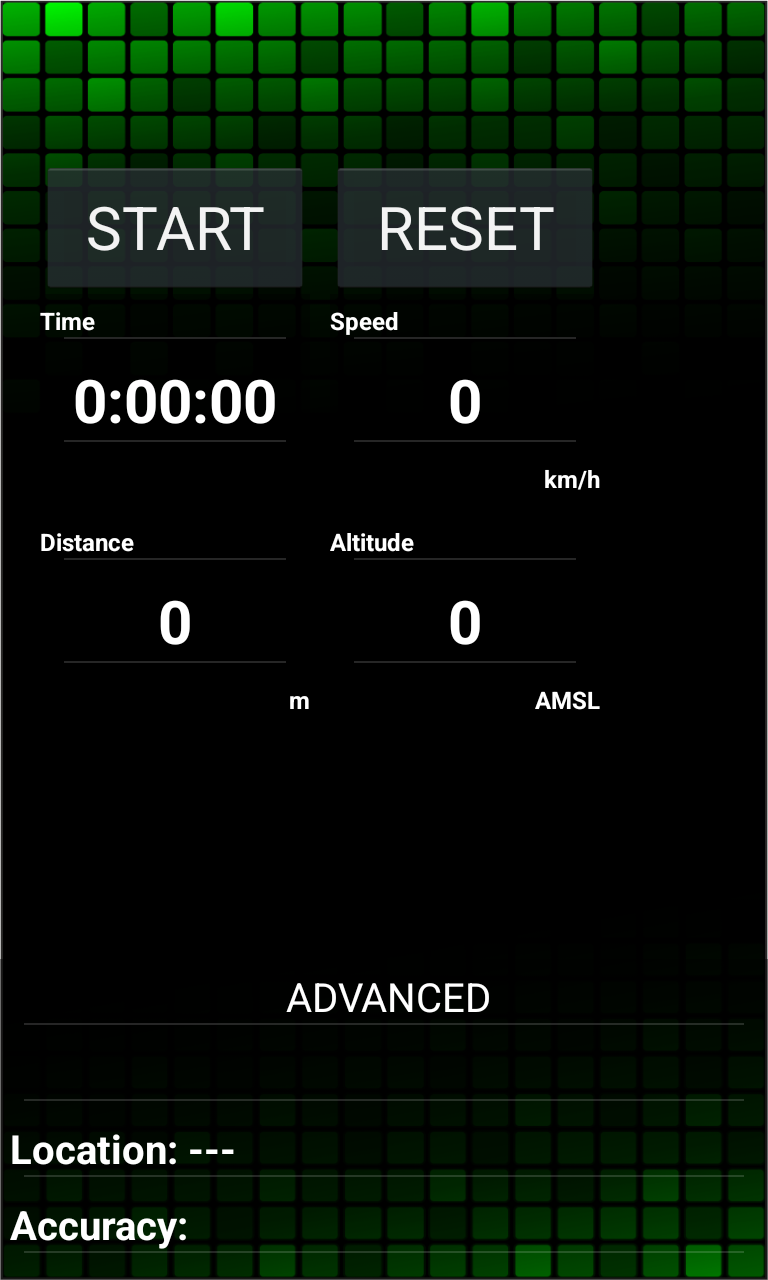
Repository: sebastianR1001/GeoApplication
Layout: GeoApplication/res/layout/activity_fullscreen.xml
The author's editor kept a copy of each file at every save. The layout is drawn from the files as they stood at one save, then again after the next save.
It is drawn on a 768 x 1280 px phone screen (xhdpi) without system bars, with theme FullscreenTheme; the app's code is not run.

Above is the layout before, as saved 2014-11-01 15:53:26.

### GeoApplication/res/layout/activity_fullscreen.xml
<FrameLayout xmlns:android="http://schemas.android.com/apk/res/android"
    xmlns:tools="http://schemas.android.com/tools"
    android:layout_width="match_parent"
    android:layout_height="match_parent"
    android:background="@drawable/alik"
    tools:context="geo.geoapplication.FullscreenActivity" >

    <!--
         The primary full-screen view. This can be replaced with whatever view
         is needed to present your content, e.g. VideoView, SurfaceView,
         TextureView, etc.
    -->

    <TextView
        android:id="@+id/fullscreen_content"
        android:layout_width="match_parent"
        android:layout_height="match_parent"
        android:gravity="center"
        android:keepScreenOn="true"
        android:textSize="50sp"
        android:textStyle="bold" />

     <TableLayout
        android:layout_width="wrap_content"
        android:layout_height="wrap_content"
        android:layout_marginTop="80dp"
        android:layout_marginLeft="10dp"
        android:layout_marginRight="10dp"  >

         <TableRow
            android:id="@+id/tableRow0"
            android:layout_width="wrap_content"
            android:layout_height="wrap_content"
            >

            <Button
		        android:id="@+id/startButton"
		        android:layout_width="135dp"
		        android:layout_height="67dp"
		        android:layout_marginLeft="10dp"
		        android:textSize="30sp"
		        android:text="@string/startButton" />

		     <Button
		        android:id="@+id/resetButton"
		        android:layout_width="135dp"
		        android:layout_height="67dp"
		        android:layout_marginRight="10dp"
		        android:layout_marginLeft="10dp"
		        android:textSize="30sp"
		        android:text="@string/resetButton" />

        </TableRow>

        <TableRow
            android:id="@+id/tableRow1"
            android:layout_width="wrap_content"
            android:layout_height="wrap_content"
            >

            <LinearLayout
		        android:id="@+id/timeLayout"
		        style="?metaButtonBarStyle"
		        android:layout_width="wrap_content"
		        android:layout_height="wrap_content"
		        android:layout_weight="5"
		        android:layout_marginLeft="10dp"
		        android:background="@color/black_overlay"
		        android:orientation="vertical"
		        tools:ignore="UselessParent" >

			    <TextView
			        android:layout_width="match_parent"
			        android:layout_height="match_parent"
			        android:layout_marginTop="5dp"
			        android:text="@string/timeText"
			        android:id="@+id/timeText"
			        android:textColor="#ffffff"
			        android:textSize="12sp"
			        android:textStyle="bold" />

			    <TextView
			        android:layout_width="match_parent"
			        android:layout_height="match_parent"
			        android:text="@string/time"
			        android:id="@+id/time"
			        android:layout_marginTop="10dp"
			        android:gravity="center"
			        android:textColor="#ffffff"
			        android:textSize="30sp"
			        android:textStyle="bold" />

			    <TextView
			        android:layout_width="match_parent"
			        android:layout_height="match_parent"
			        android:layout_marginTop="10dp"
			        android:textColor="#ffffff"
			        android:textSize="12sp"
			        android:textStyle="bold" />

	        </LinearLayout>

			<LinearLayout
		        android:id="@+id/speedLayout"
		        style="?metaButtonBarStyle"
		        android:layout_width="wrap_content"
		        android:layout_height="wrap_content"
		        android:layout_weight="5"
		        android:layout_marginRight="10dp"
		        android:layout_marginLeft="10dp"
		        android:background="@color/black_overlay"
		        android:orientation="vertical"
		        tools:ignore="UselessParent" >

			    <TextView
			        android:layout_width="match_parent"
			        android:layout_height="match_parent"
			        android:layout_marginTop="5dp"
			        android:text="@string/speedText"
			        android:id="@+id/speedText"
			        android:textColor="#ffffff"
			        android:textSize="12sp"
			        android:textStyle="bold" />

			    <TextView
			        android:layout_width="match_parent"
			        android:layout_height="match_parent"
			        android:text="@string/speed"
			        android:id="@+id/speed"
			        android:layout_marginTop="10dp"
			        android:gravity="center"
			        android:textColor="#ffffff"
			        android:textSize="30sp"
			        android:textStyle="bold" />

			    <TextView
			        android:layout_width="match_parent"
			        android:layout_height="match_parent"
			        android:layout_marginTop="10dp"
			        android:text="@string/speedUnit"
			        android:id="@+id/speedUnit"
			        android:textColor="#ffffff"
			        android:textSize="12sp"
			        android:gravity="right"
			        android:textStyle="bold" />

	        </LinearLayout>

        </TableRow>

        <TableRow
            android:id="@+id/tableRow4"
            android:layout_width="wrap_content"
            android:layout_height="wrap_content"
            android:layout_marginTop="10dp"
            >

            <LinearLayout
		        android:id="@+id/distanceLayout"
		        style="?metaButtonBarStyle"
		        android:layout_width="wrap_content"
		        android:layout_height="wrap_content"
		        android:layout_weight="5"
		        android:layout_marginLeft="10dp"
		        android:background="@color/black_overlay"
		        android:orientation="vertical"
		        tools:ignore="UselessParent" >

			    <TextView
			        android:layout_width="match_parent"
			        android:layout_height="match_parent"
			        android:layout_marginTop="5dp"
			        android:text="@string/distanceText"
			        android:id="@+id/distanceText"
			        android:textColor="#ffffff"
			        android:textSize="12sp"
			        android:textStyle="bold" />

			    <TextView
			        android:layout_width="match_parent"
			        android:layout_height="match_parent"
			        android:text="@string/distance"
			        android:id="@+id/distance"
			        android:layout_marginTop="10dp"
			        android:gravity="center"
			        android:textColor="#ffffff"
			        android:textSize="30sp"
			        android:textStyle="bold" />

			    <TextView
			        android:layout_width="match_parent"
			        android:layout_height="match_parent"
			        android:layout_marginTop="10dp"
			        android:text="@string/distanceUnit"
			        android:id="@+id/distanceUnit"
			        android:textColor="#ffffff"
			        android:gravity="right"
			        android:textSize="12sp"
			        android:textStyle="bold" />

	        </LinearLayout>

			<LinearLayout
		        android:id="@+id/elevationLayout"
		        style="?metaButtonBarStyle"
		        android:layout_width="wrap_content"
		        android:layout_height="wrap_content"
		        android:layout_weight="5"
		        android:layout_marginRight="10dp"
		        android:layout_marginLeft="10dp"
		        android:background="@color/black_overlay"
		        android:orientation="vertical"
		        tools:ignore="UselessParent" >

			    <TextView
			        android:layout_width="match_parent"
			        android:layout_height="match_parent"
			        android:layout_marginTop="5dp"
			        android:text="@string/altitudeText"
			        android:id="@+id/altitudeText"
			        android:textColor="#ffffff"
			        android:textSize="12sp"
			        android:textStyle="bold" />

			    <TextView
			        android:layout_width="match_parent"
			        android:layout_height="match_parent"
			        android:text="@string/altitude"
			        android:id="@+id/altitude"
			        android:layout_marginTop="10dp"
			        android:gravity="center"
			        android:textColor="#ffffff"
			        android:textSize="30sp"
			        android:textStyle="bold" />

			    <TextView
			        android:layout_width="match_parent"
			        android:layout_height="match_parent"
			        android:layout_marginTop="10dp"
			        android:text="@string/altitudeUnit"
			        android:id="@+id/altitudeUnit"
			        android:textColor="#ffffff"
			        android:gravity="right"
			        android:textSize="12sp"
			        android:textStyle="bold" />

	        </LinearLayout>

        </TableRow>

    </TableLayout>

	   <LinearLayout
	        android:id="@+id/advanced"
	        style="?metaButtonBarStyle"
	        android:layout_width="match_parent"
	        android:layout_marginBottom="-50dp"
	        android:layout_height="210dp"
	        android:layout_gravity="bottom|center_horizontal"
	        android:background="@color/black_overlay"
	        android:orientation="vertical"
	        tools:ignore="UselessParent" >

	       <TextView
		        android:id="@+id/advancedInformation"
		        android:layout_width="wrap_content"
                android:layout_height="wrap_content"
                android:text="@string/advancedText"
		        android:paddingTop="5dp"
		        android:paddingLeft="5dp"
		        android:layout_gravity="top|center_horizontal"
		        android:textColor="#ffffff"
		        android:textSize="20sp" />

	       <TextView
		        android:id="@+id/gpsInformation"
		        android:layout_width="wrap_content"
                android:layout_height="wrap_content"
		        android:paddingTop="10dp"
		        android:paddingLeft="5dp"
		        android:textColor="#ffffff"
		        android:textSize="20sp" />

		    <TextView
		        android:id="@+id/viewLocation"
		        android:layout_width="wrap_content"
		        android:layout_height="wrap_content"
		        android:paddingTop="10dp"
		        android:paddingLeft="5dp"
		        android:keepScreenOn="true"
		        android:text="@string/location"
		        android:textColor="#ffffff"
		        android:textSize="20sp"
		        android:textStyle="bold" />

	        <TextView
		        android:layout_width="wrap_content"
                android:layout_height="wrap_content"
		        android:paddingTop="10dp"
		        android:paddingLeft="5dp"
		        android:text="@string/accuracy"
		        android:id="@+id/accuracy"
		        android:textColor="#ffffff"
		        android:textSize="20sp"
		        android:textStyle="bold" />

	        <TextView
		        android:layout_width="wrap_content"
                android:layout_height="wrap_content"
		        android:paddingTop="10dp"
		        android:paddingLeft="5dp"
		        android:text="@string/last_fix"
		        android:id="@+id/lastFix"
		        android:textColor="#ffffff"
		        android:textSize="20sp"
		        android:textStyle="bold" />

        </LinearLayout>


    <FrameLayout
        android:layout_width="match_parent"
        android:layout_height="match_parent"
        android:fitsSystemWindows="true" >

        <LinearLayout
            android:id="@+id/fullscreen_content_controls"
            style="?metaButtonBarStyle"
            android:layout_width="match_parent"
            android:layout_height="wrap_content"
            android:layout_gravity="bottom|center_horizontal"
            android:background="@color/black_overlay"
            android:orientation="horizontal"
            tools:ignore="UselessParent" >
        </LinearLayout>

        <requestFocus />


    </FrameLayout>
    <!--
         This FrameLayout insets its children based on system windows using
         android:fitsSystemWindows.
    -->

</FrameLayout>

### GeoApplication/res/values/strings.xml
<?xml version="1.0" encoding="utf-8"?>
<resources>

    <string name="app_name">GeoApplication</string>
    <string name="dummy_button">Dummy Button</string>
    <string name="dummy_content">DUMMY\nCONTENT</string>
    <string name="geo_application">GEO\nAPPLICATION</string>

    <string name="location">Location: ---</string>

    <string name="speedText">Speed</string>
    <string name="speed">0</string>
    <string name="speedUnit">km/h</string>

    <string name="time">0:00:00</string>
    <string name="timeText">Time</string>

    <string name="accuracy">Accuracy:</string>

    <string name="distance">0</string>
    <string name="distanceUnit">m</string>
    <string name="distanceText">Distance</string>

    <string name="altitude">0</string>
    <string name="altitudeUnit">AMSL</string>
    <string name="altitudeText">Altitude</string>

    <string name="last_fix">Last fix:</string>

    <string name="userText">USER</string>
    <string name="passwordText">PASSWORD</string>

    <string name="startButton">START</string>
    <string name="stopButton">STOP</string>
    <string name="resetButton">RESET</string>
    <string name="loginButton">LOGIN</string>
    <string name="newAccountButton">REGISTRATION</string>

    <string name="advancedText">ADVANCED</string>

</resources>

Loaded but not shown: GeoApplication/res/values-v11/styles.xml (common file); GeoApplication/res/values/styles.xml (common file); GeoApplication/res/values/colors.xml (common file)

After the next save:
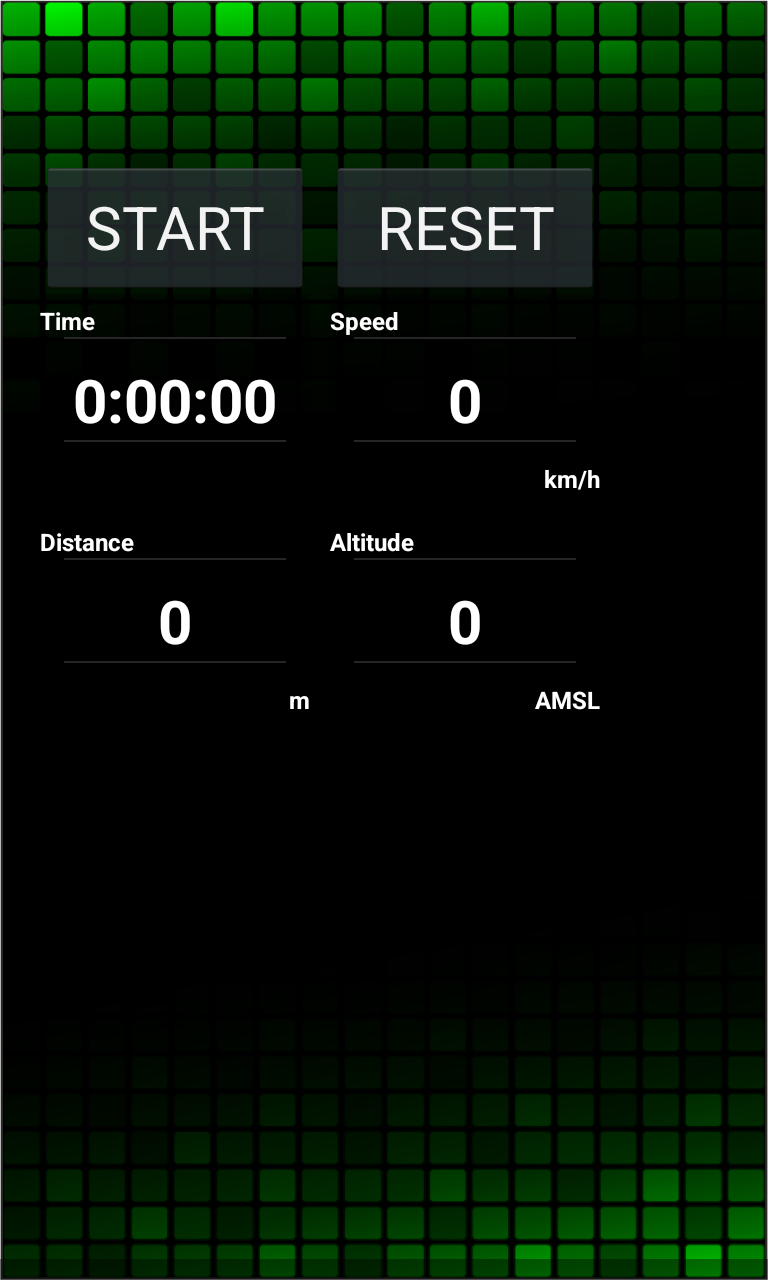
Saved 76 s later.
--- a/GeoApplication/res/layout/activity_fullscreen.xml
+++ b/GeoApplication/res/layout/activity_fullscreen.xml
@@ -254,7 +254,7 @@
 	        android:id="@+id/advanced"
 	        style="?metaButtonBarStyle"
 	        android:layout_width="match_parent"
-	        android:layout_marginBottom="-50dp"
+	        android:layout_marginBottom="-200dp"
 	        android:layout_height="210dp"
 	        android:layout_gravity="bottom|center_horizontal"
 	        android:background="@color/black_overlay"
